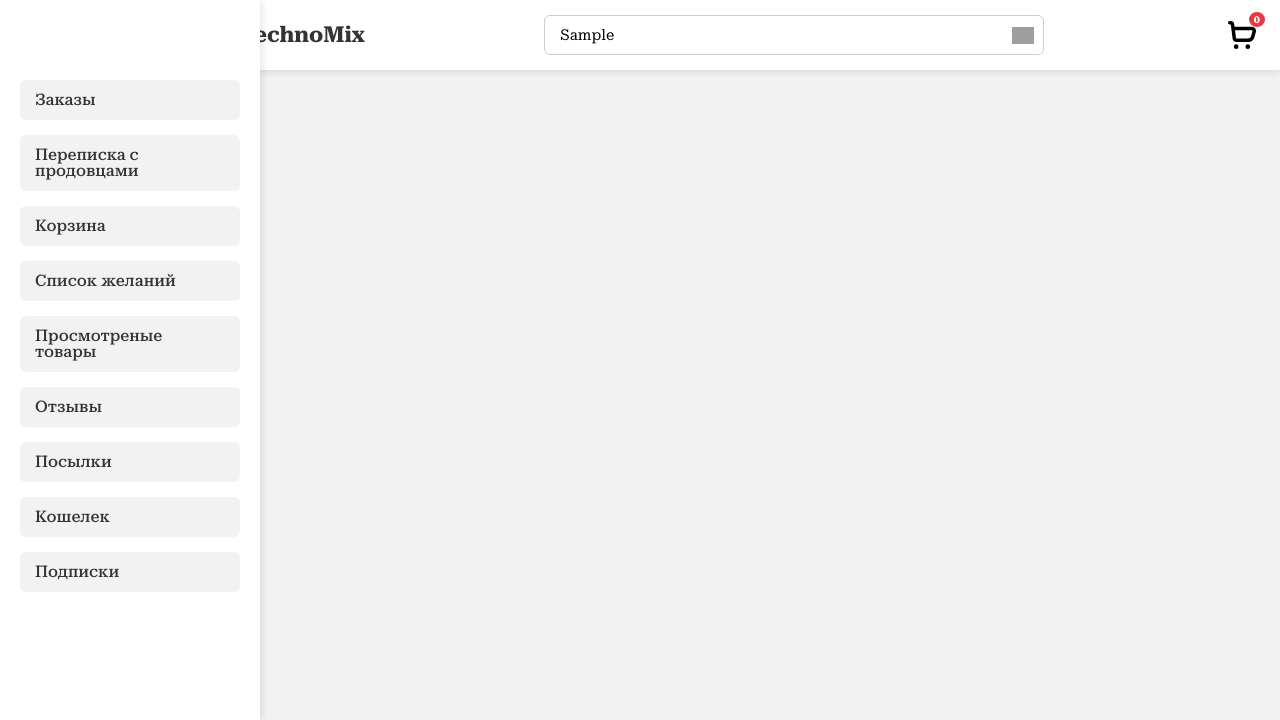
Repository: Gray-01/TechnoMix
Page: index.html
The author's editor kept a copy of each file at every save. The page is drawn from the files as they stood at one save, then again after the next save.
The browser window is 1280 px wide. The pictures show the whole page.
Empty fields were first filled with sample values (such as "Sample", 5 or name@example.com).
After loading, the first visible `#burgerBtn` was clicked once.
Pictures or frames that could not be fetched are drawn as grey boxes.

Above is the page before, as saved 2025-11-14 02:37:20.

After the next save:
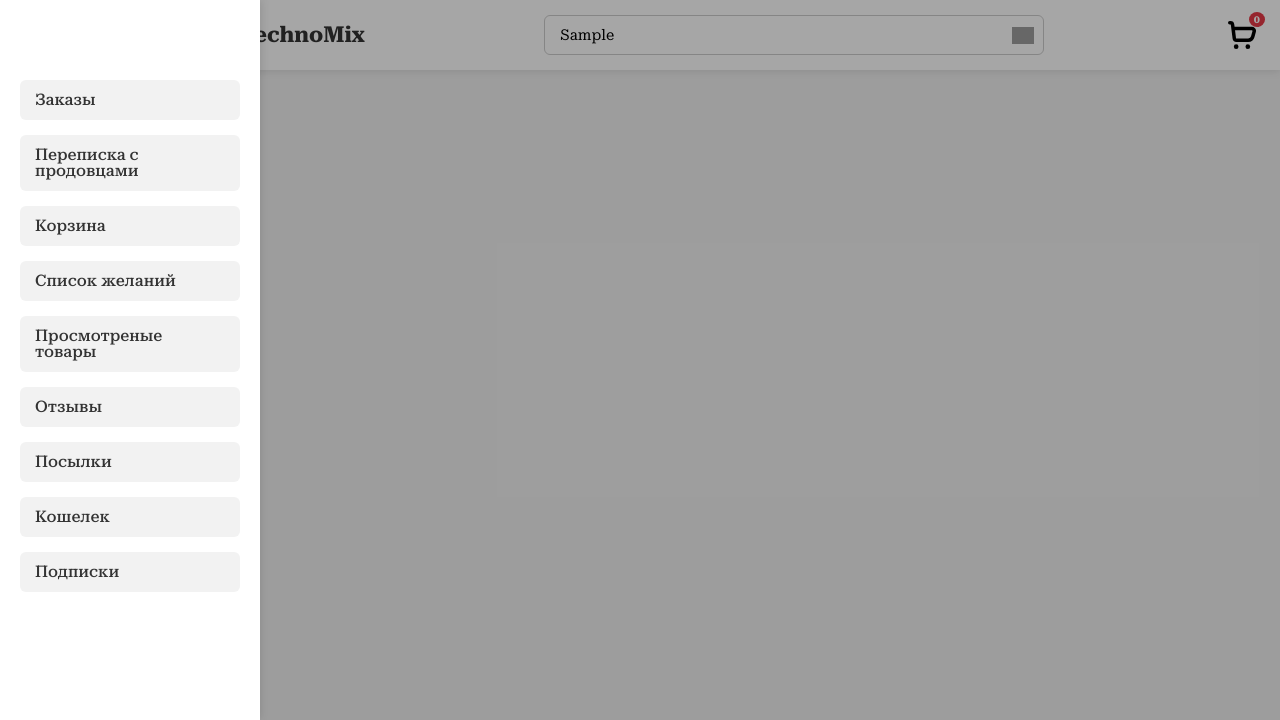
Saved 35 s later.
--- a/assets/js/main.js
+++ b/assets/js/main.js
@@ -1,7 +1,17 @@
 const burgerBtn = document.getElementById('burgerBtn');
 const burgerMenu = document.getElementById('burgerMenu');
+const overlay = document.getElementById('overlay');
 
+// Открытие/закрытие по кнопке
 burgerBtn.addEventListener('click', () => {
     burgerBtn.classList.toggle('active');
     burgerMenu.classList.toggle('active');
+    overlay.classList.toggle('active');
 });
+
+// Закрытие по клику на фон
+overlay.addEventListener('click', () => {
+    burgerBtn.classList.remove('active');
+    burgerMenu.classList.remove('active');
+    overlay.classList.remove('active');
+});
